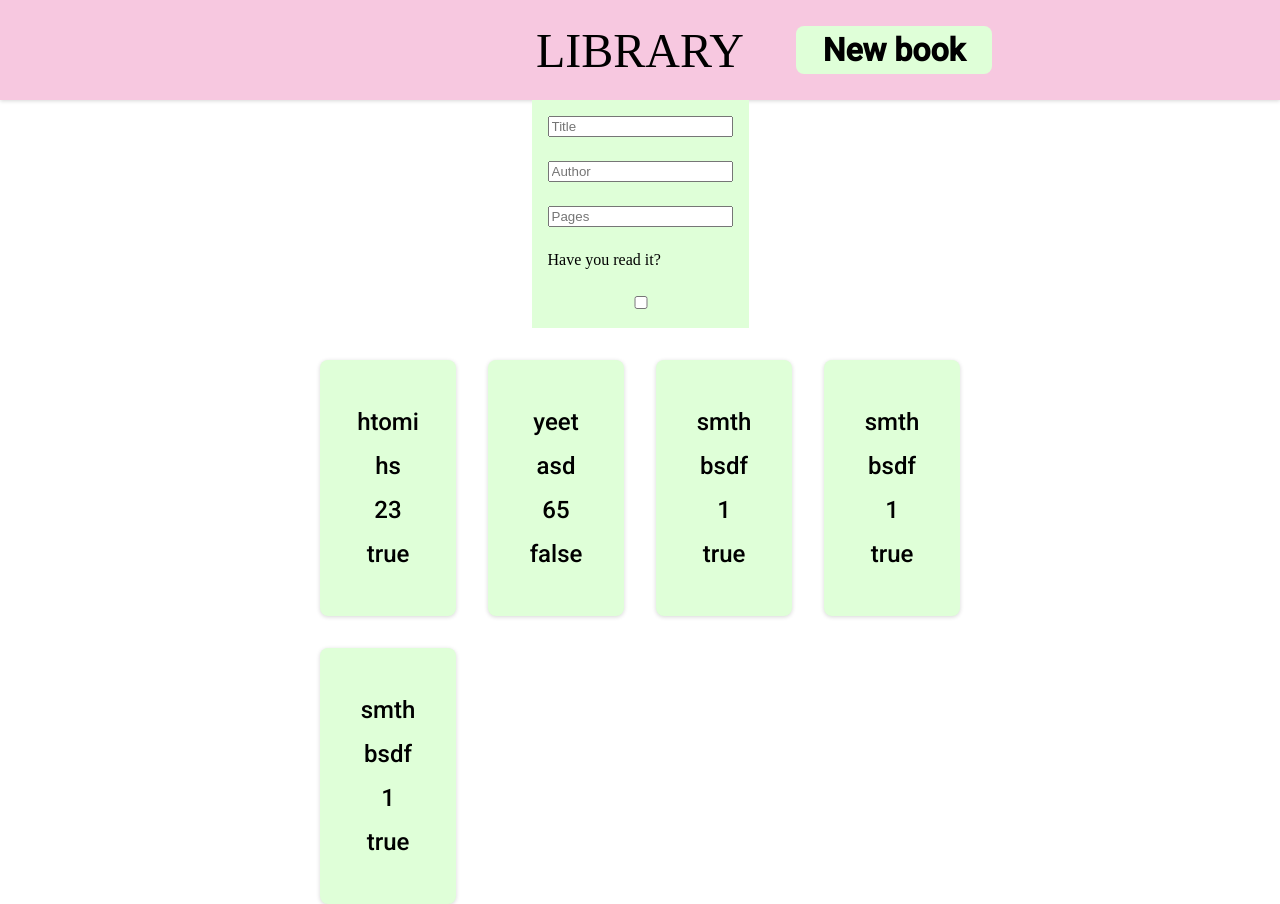
Repository: yeetzpxoci/library
Page: index.html
These files come from the project's save history. The page is drawn as it stood at one moment and after the next save; the edit follows.
The browser window is 1280 px wide. The pictures show the whole page.
Some web fonts or font styles are not loaded; a fallback is used.

Above is the page before, as saved 2023-02-21 15:57:02.

### index.html
<!DOCTYPE html>
<html lang="en">
<head>
    <meta charset="UTF-8">
    <meta http-equiv="X-UA-Compatible" content="IE=edge">
    <meta name="viewport" content="width=device-width, initial-scale=1.0">
    <title>Library</title>
    <link rel="stylesheet" href="styles.css">
    <link rel="preconnect" href="https://fonts.googleapis.com">
    <link rel="preconnect" href="https://fonts.gstatic.com" crossorigin>
    <link href="https://fonts.googleapis.com/css2?family=Roboto:wght@500&display=swap" rel="stylesheet">
    <link href="https://fonts.googleapis.com/css2?family=Gloock&display=swap" rel="stylesheet">
</head>
<body>
    <div class="header">
        <p></p>
        <p>LIBRARY</p>
        <button onclick="openForm()" id="newBook">New book</button>
    </div>

    <form id="input-form">
            <input type="text" name="title" id="title" placeholder="Title">
            <input type="text" name="author" id="author" placeholder="Author">
            <input type="number" name="pages" id="pages" placeholder="Pages">
            <label for="read">Have you read it?</label>
            <input type="checkbox" name="read" id="read">
    </form>

    <div id="cards">

    </div>
<script src="script.js"></script>
</body>
</html>

### styles.css
html, body {
    margin: 0;
    padding: 0;
}

body {
    display: flex;
    flex-direction: column;
    align-items: center;
    min-height: 100vh;
    background-color: white;
}

.header {
    display: flex;
    align-items: center;
    justify-content: center;
    width: 100%;
    height: 100px;
    background-color: #F7C8E0;
    box-shadow: rgba(0, 0, 0, 0.16) 0px 1px 4px;
}

.header p {
    font-family: 'Gloock', serif;
    font-size: 48px;
}

#newBook {
    position: absolute;
    right: 288px;
    font-size: 32px;
    font-family: 'Roboto', sans-serif;
    font-weight: bold;
    background-color: #DFFFD8;
    height: 48px;
    width:196px;
    border-radius: 8px;
    border-width: 0px;
}

#cards {
    display: grid;
    width: 50%;
    grid-template-columns: 1fr 1fr 1fr 1fr;
    gap: 32px;
    margin-top: 32px;
}

.card {
    width: 100%;
    height: 256px;
    background-color: #DFFFD8;
    font-size: 24px;
    font-family: 'Roboto', sans-serif;
    border-radius: 8px;
    border-width: 0px;
    align-self: center;
    justify-self: center;
    box-shadow: rgba(0, 0, 0, 0.16) 0px 1px 4px;
    display: flex;
    flex-direction: column;
    align-items: center;
    justify-content: center;
    gap: 16px;
}

.card p {
    margin: 0px;
}

input, label {
    display: block;
}

#input-form {
    display: flex;
    flex-direction: column;
    gap: 24px;
    background-color: #DFFFD8;
    padding: 16px;
}

### script.js
const title = document.getElementById("title").value
const author = document.getElementById("author").value
const pages = document.getElementById("pages").value
const read = document.getElementById("read").checked
const cards = document.getElementById("cards")

let myLibrary = [];

function Book(title, author, pages, read) {
    this.title = title;
    this.author = author;
    this.pages = pages;
    this.read = read;
    this.info = function () {
        return title + " by " + author + ", " + String(pages) + " pages, not read yet"
    }
}

function addBookToLibrary() {
    let book = new Book(title, author, pages, read);
    myLibrary.push(book);
    console.log(myLibrary.length)
}

function addBookInfo(div, book) {
    const newTitle = document.createElement("p");
    newTitle.innerHTML = book.title;
    const newAuthor = document.createElement("p");
    newAuthor.innerHTML = book.author;
    const newPages = document.createElement("p");
    newPages.innerHTML = book.pages;
    const newRead = document.createElement("p");
    newRead.innerHTML = book.read;
    div.appendChild(newTitle);
    div.appendChild(newAuthor);
    div.appendChild(newPages);
    div.appendChild(newRead);
}

function displayBooks() {
    for (let i = 0; i < myLibrary.length; i++) {
        const newDiv = document.createElement("div");
        newDiv.setAttribute("class", "card");
        addBookInfo(newDiv, myLibrary[i]);
        cards.appendChild(newDiv);
    }
}

function openForm() {
    document.getElementById("input-form").style.display = "block"
}

let book1 = new Book("htomi" , "hs", 23, true);
let book2 = new Book("yeet", "asd", 65, false);
let book3 = new Book("smth", "bsdf", 1, true);
let book4 = new Book("smth", "bsdf", 1, true);
let book5 = new Book("smth", "bsdf", 1, true);
myLibrary.push(book1, book2, book3, book4, book5);
displayBooks();

After the next save:
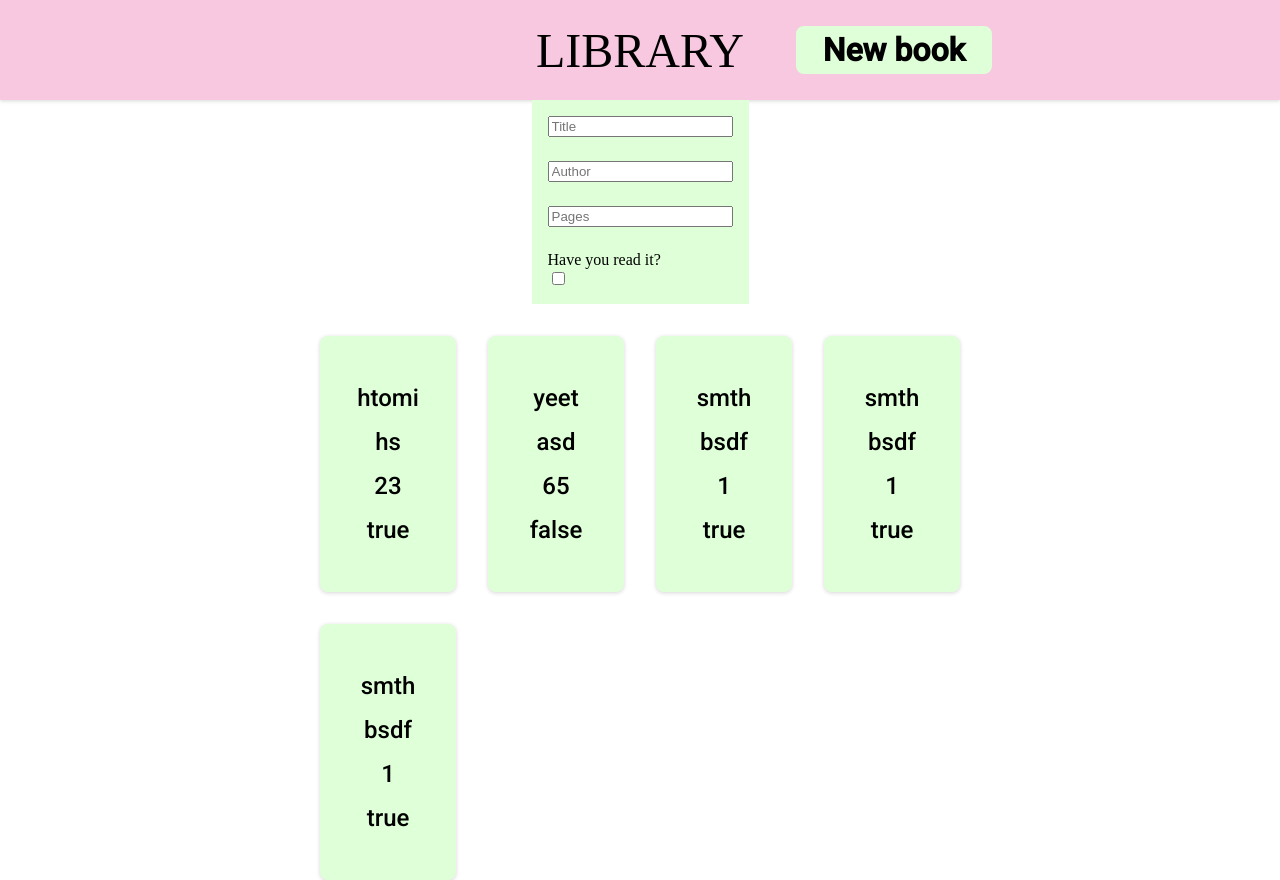
Saved 72 s later.
--- a/index.html
+++ b/index.html
@@ -22,8 +22,10 @@
             <input type="text" name="title" id="title" placeholder="Title">
             <input type="text" name="author" id="author" placeholder="Author">
             <input type="number" name="pages" id="pages" placeholder="Pages">
-            <label for="read">Have you read it?</label>
-            <input type="checkbox" name="read" id="read">
+            <div>
+                <label for="read">Have you read it?</label>
+                <input type="checkbox" name="read" id="read">
+            </div>
     </form>
 
     <div id="cards">
